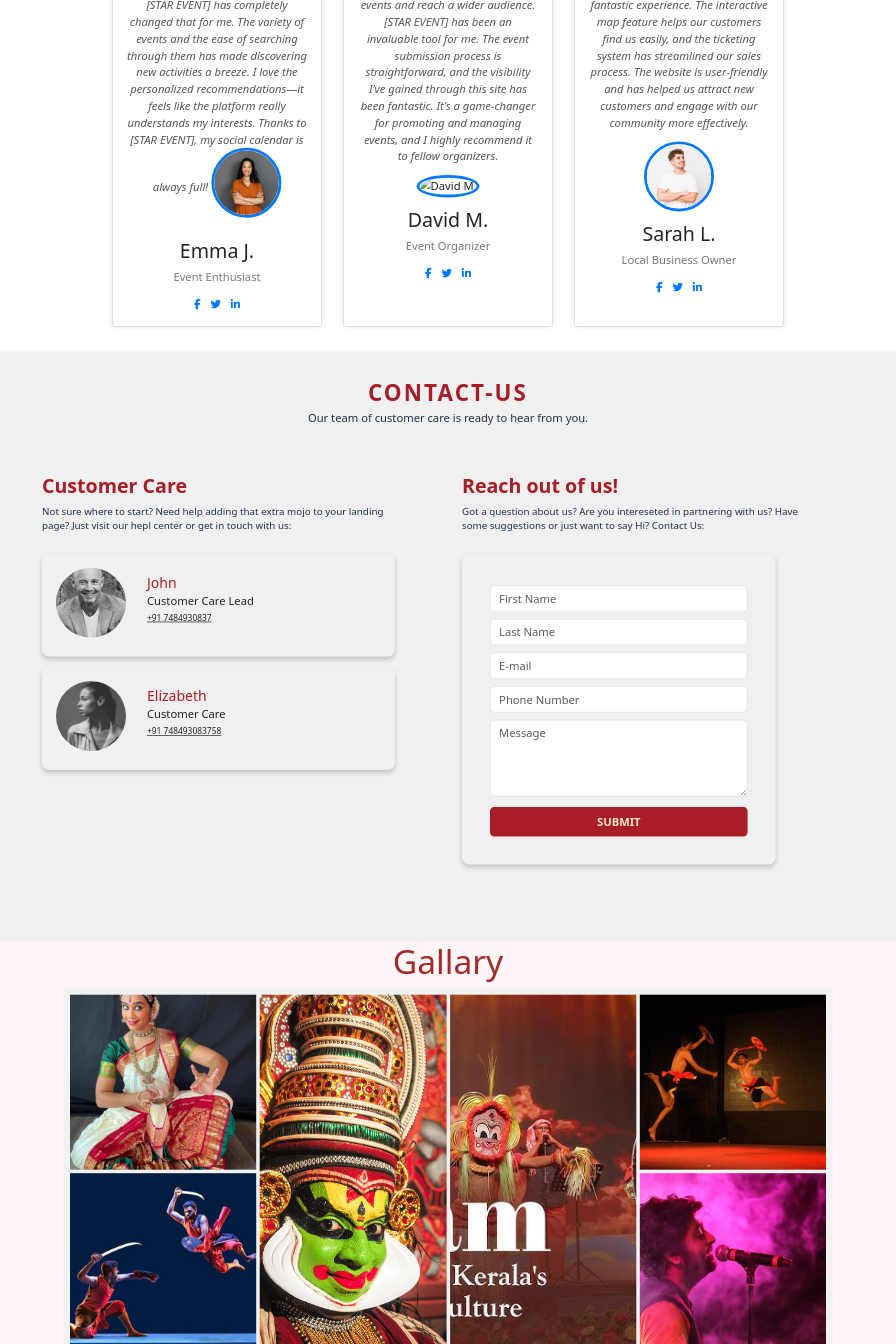
Repository: SharonSebastian32/Event-Management-System-
Page: index.html
These files come from the project's save history. The page is drawn as it stood at one moment and after the next save; the edit follows.
The browser window is 1280 px wide. The pictures show the part of the page from y = 4550 to 6470 px (the page is 8699 px tall before and 8723 px after), at 70% of full size.
Pictures or frames that could not be fetched are drawn as grey boxes. A picture or video elsewhere on the page could not be fetched, so the positions and the page height are approximate. Some web libraries are served in a nearby version.

Above is the page before, as saved 2024-09-07 09:41:07.
Not found: asset/images/imgg2.jpg
Not found: assets/css/ContactUs.css

After the next save:
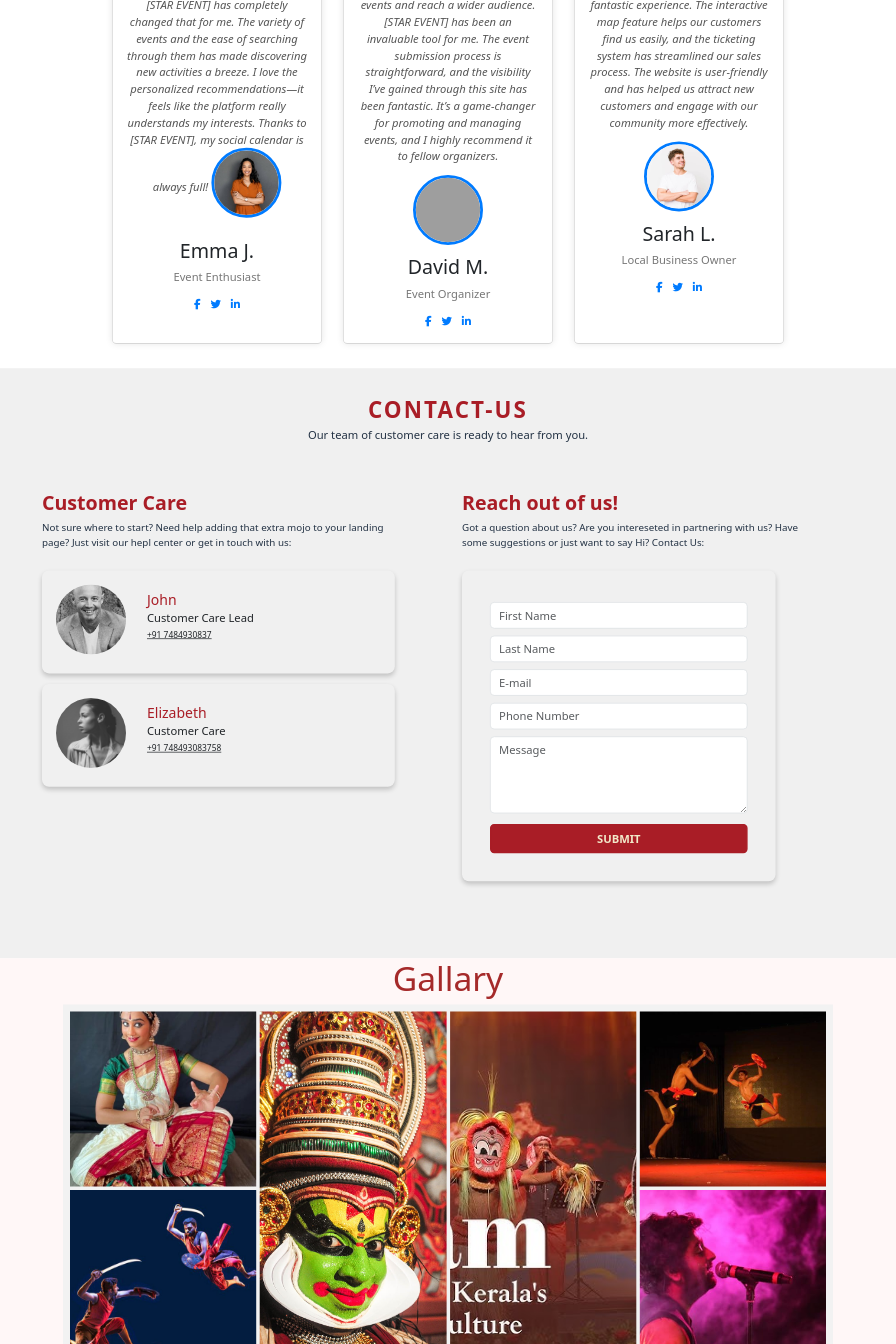
Saved 13 s later.
--- a/index.html
+++ b/index.html
@@ -213,7 +213,7 @@
             has been fantastic. It’s a game-changer for promoting and managing
             events, and I highly recommend it to fellow organizers.
           </p>
-          <img src="asset/images/imgg2.jpg" class="profile" alt="David M." />
+          <img src="./Assets/images/img" class="profile" alt="David M." />
           <h3>David M.</h3>
           <p class="role">Event Organizer</p>
           <div class="social-icons">
